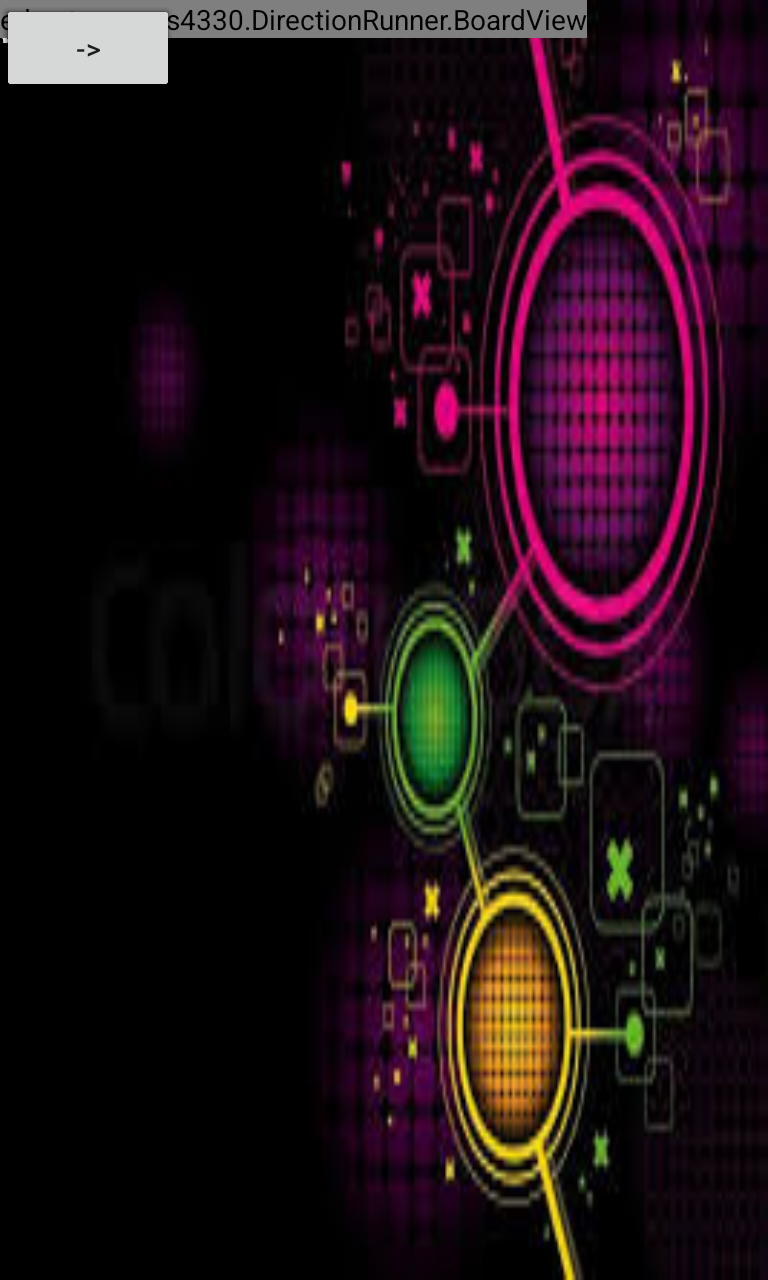
Repository: RedJaVa68/DirectionRunner
Layout: DirectionRunner/res/layout/game_activity.xml
An editor plug-in stored every save of this project. The layout is shown before and after the next save, followed by the edit.
Pictures or frames that could not be fetched are drawn as grey boxes. It is drawn on a 768 x 1280 px phone screen (xhdpi) without system bars, with theme AppTheme; the app's code is not run.

Above is the layout before, as saved 2015-05-06 23:46:49.

### DirectionRunner/res/layout/game_activity.xml
<?xml version="1.0" encoding="utf-8"?>
<ScrollView
    android:layout_width="match_parent"
    android:layout_height="match_parent"
    android:fillViewport="true"
    xmlns:android="http://schemas.android.com/apk/res/android">
<FrameLayout
    android:layout_width="fill_parent"
    android:layout_height="wrap_content"
    android:orientation="vertical"
    android:weightSum="3"
    android:background="@drawable/bg">
    <FrameLayout
        android:layout_width="wrap_content"
        android:layout_height="wrap_content"
        android:orientation="horizontal">
        <TextView
            android:id="@+id/nameText"
            android:layout_width="wrap_content"
            android:layout_height="wrap_content"
            android:text="Name: "
            android:textSize="20sp"
            android:textColor="#ffffff"/>"
        <TextView
            android:id="@+id/scoreText"
            android:layout_width="wrap_content"
            android:layout_height="wrap_content"
            android:text="Score: "
            android:textSize="20sp"
            android:textColor="#ffffff"/>
        <TextView
            android:id="@+id/clock"
            android:layout_width="wrap_content"
            android:layout_height="wrap_content"
            android:text="Time: "
            android:textSize="20sp"
            android:textColor="#ffffff"/>

    </FrameLayout>
    <FrameLayout
        android:layout_width="wrap_content"
        android:layout_height="wrap_content"
        android:orientation="horizontal">
        <edu.utep.cs.cs4330.DirectionRunner.BoardView
        	android:id="@+id/boardView"
        	android:layout_width="wrap_content"
        	android:layout_height="wrap_content"/>
    </FrameLayout>
    <FrameLayout
        android:layout_width="wrap_content"
        android:layout_height="wrap_content"
        android:orientation="horizontal">
        <Button
        	android:id="@+id/button1"
        	android:layout_width="wrap_content"
        	android:layout_height="wrap_content"
        	android:text="->"
        	android:onClick="button1"/>
        <Button
            android:id="@+id/button2"
            android:layout_width="wrap_content"
            android:layout_height="wrap_content"
            android:text="->"
            android:onClick="button2"/>
        <Button
        	android:id="@+id/button3"
        	android:layout_width="wrap_content"
        	android:layout_height="wrap_content"
        	android:text="->"
        	android:onClick="button3"/>
        <Button
            android:id="@+id/button4"
            android:layout_width="wrap_content"
            android:layout_height="wrap_content"
            android:text="->"
            android:onClick="button4"/>
        <Button
        	android:id="@+id/button5"
        	android:layout_width="wrap_content"
        	android:layout_height="wrap_content"
        	android:text="->"
        	android:onClick="button5"/>
    </FrameLayout>
</FrameLayout>
</ScrollView>

Loaded but not shown: DirectionRunner/res/values/styles.xml (common file); DirectionRunner/res/values-v11/styles.xml (common file); DirectionRunner/res/values-v14/styles.xml (common file)

After the next save:
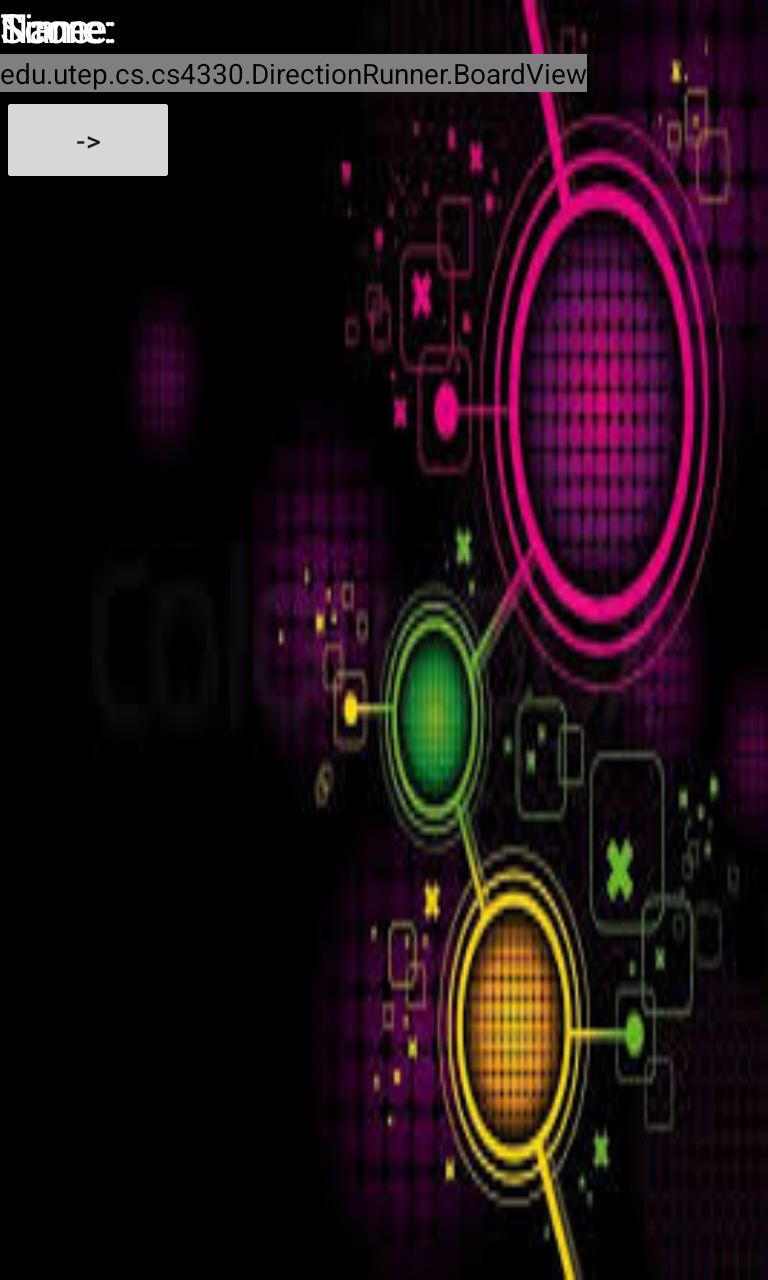
Saved 46 s later.
--- a/DirectionRunner/res/layout/game_activity.xml
+++ b/DirectionRunner/res/layout/game_activity.xml
@@ -4,7 +4,7 @@
     android:layout_height="match_parent"
     android:fillViewport="true"
     xmlns:android="http://schemas.android.com/apk/res/android">
-<FrameLayout
+<LinearLayout
     android:layout_width="fill_parent"
     android:layout_height="wrap_content"
     android:orientation="vertical"
@@ -81,5 +81,5 @@
         	android:text="->"
         	android:onClick="button5"/>
     </FrameLayout>
-</FrameLayout>
+</LinearLayout>
 </ScrollView>
